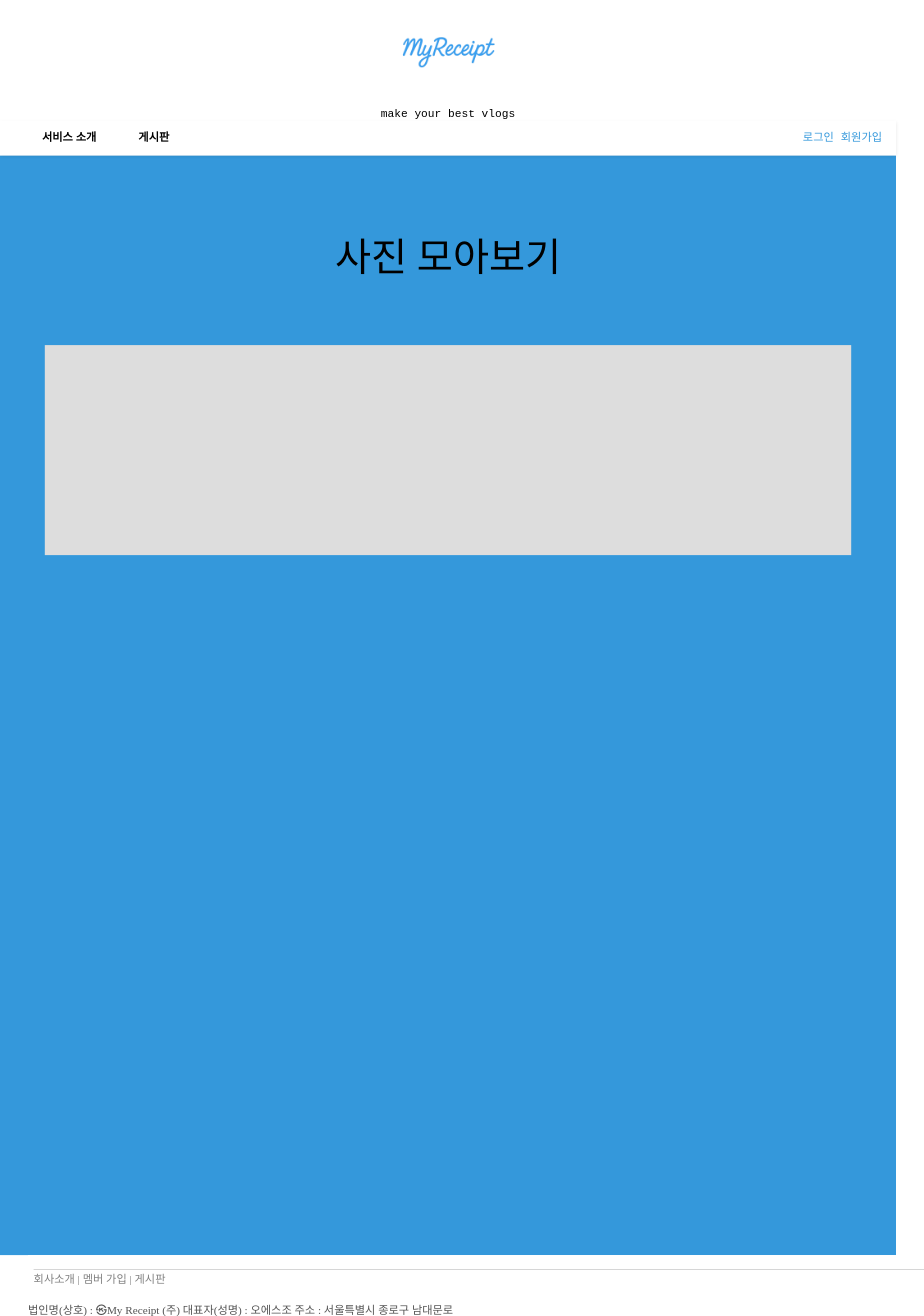
Repository: shong69/mini-project
Page: http://localhost/myReceipt2/index
An editor plug-in stored every save of this project. The page is shown before and after the next save, followed by the edit.
The browser window is 1280 px wide. The page is 1320 px wide, so the pictures cover 1320 px, including what lies to the right of the window. The pictures show the part of the page from y = 0 to 1880 px (the page is 2002 px tall), at 70% of full size.
Some web fonts or font styles are not loaded; a fallback is used. The page is served by Tomcat 10. Other server files are loaded and not shown.

Above is the page before, as saved 2025-05-07 01:29:58.

### jspProject/myReceipt2/src/main/webapp/WEB-INF/views/index.jsp
<%@ page language="java" contentType="text/html; charset=UTF-8"
    pageEncoding="UTF-8"%>
<!DOCTYPE html>
<html>
<head>
<meta charset="UTF-8">
<title>My Receipt</title>
<link rel="stylesheet" type="text/css" href="resources/css/main.css">
<link rel="stylesheet" type="text/css" href="//cdn.jsdelivr.net/npm/slick-carousel@1.8.1/slick/slick.css"/>

<script type="text/javascript" src="resources/js/jquery-3.1.1.min.js"></script>
<script type="text/javascript" src="//cdn.jsdelivr.net/npm/slick-carousel@1.8.1/slick/slick.min.js"></script>
<script type="text/javascript">
$(function(){
	$('#carousel').slick({
		  dots: false,
		  infinite: true,
		  speed: 500,
		  fade: true,
		  cssEase: 'linear'
	});
});

</script>
</head>
<body>
	<jsp:include page="/WEB-INF/views/common/header.jsp"></jsp:include>
	<main>
		<div class="section-title">사진 모아보기</div>
		<!-- 캐러셀 하나 두기 -->
		<div id="carousel">

		</div>
		<div style="height:1000px;"></div>
	</main>
	<jsp:include page="/WEB-INF/views/common/footer.jsp"></jsp:include>
</body>
</html>

### jspProject/myReceipt2/src/main/webapp/WEB-INF/views/common/header.jsp
<%@ page language="java" contentType="text/html; charset=UTF-8"
    pageEncoding="UTF-8"%>
<%@ taglib prefix="c" uri="http://java.sun.com/jsp/jstl/core" %>
	<div id="header">
		<a href="/myReceipt2/index"><img src="resources/imgs/logo.png" style="width:150px;"/></a>
		<p style="font-family: 'Courier New', Courier, monospace;">make your best vlogs</p>
	</div>
	<div id="nav-bar">
		<div id="menu">
			<a href="/myReceipt2/intro">서비스 소개</a>
			<a href="/myReceipt2/board">게시판</a>
		</div>
		<div id="loginSt">
			<c:choose>
				<c:when test="${not empty sessionScope.loginMember}">
					<p>${sessionScope.loginMember.nickName}님이 로그인 중</p>
					<a href="/myReceipt2/logout">로그아웃</a>

				</c:when>
				<c:otherwise>
					<a href="/myReceipt2/login">로그인</a>
					<a href="/myReceipt2/signup">회원가입</a>
				</c:otherwise>
			</c:choose>
		</div>

	</div>

### jspProject/myReceipt2/src/main/webapp/WEB-INF/views/common/footer.jsp
<%@ page language="java" contentType="text/html; charset=UTF-8"
    pageEncoding="UTF-8"%>
	<footer class="footer">
	    <section>
	        <div class="footer-nav">
	            <a href="/">회사소개 |</a>
	            <a href="/signup">멤버 가입 |</a>
	            <a href="/">게시판</a>
	        </div>
	    </section>
	    <section>
	        <div>
	            법인명(상호) : ㉿My Receipt (주) 대표자(성명) : 오에스조 주소 : 서울특별시 종로구 남대문로 <br>
	            사업자 등록번호 : 123456436-390583784  사업자등록번호 : 119-86-84860 (사업자정보확인)<br>
	            고객센터 이용시간 : 평일 09:00 ~ 18:00  고객센터 전화번호 : 02-1234-1234
	        </div>

	        <div>
	            현금 등으로 결제 시 안전 거래를 위해<br>
	            당사에서 가입하신 한국결제네트웍스 유한회사의 구매안전 서비스(결제대금예치)를 이용하실 수 있습니다.<br>
	            결제대금예치 콘텐츠산업진흥법에 의한 콘텐츠 보호 안내 자세히 보기
	        </div>
	    </section>
	</footer>

### jspProject/myReceipt2/src/main/java/com/project/jsp/controller/IndexController.java
package com.project.jsp.controller;

import java.io.IOException;

import jakarta.servlet.ServletException;
import jakarta.servlet.http.HttpServlet;
import jakarta.servlet.http.HttpServletRequest;
import jakarta.servlet.http.HttpServletResponse;

public class IndexController extends HttpServlet{
	@Override
	protected void doGet(HttpServletRequest req, HttpServletResponse resp) throws ServletException, IOException {
        String path = req.getServletPath(); // 요청 URL 패턴을 얻음

        if ("/index".equals(path)) {
        	req.getRequestDispatcher("/WEB-INF/views/index.jsp").forward(req, resp);
        } else if ("/intro".equals(path)) {
        	req.getRequestDispatcher("/WEB-INF/views/intro.jsp").forward(req, resp);
        } else {
        	resp.sendError(HttpServletResponse.SC_NOT_FOUND);
        }
	}

}

### jspProject/myReceipt2/src/main/webapp/resources/css/main.css
* {
	box-sizing: border-box;
	padding: 0;
	margin: 0;
	font-family: 'main';
}
/* 메인 폰트 */
@font-face {
	font-family: 'main';
	src:
		url('https://fastly.jsdelivr.net/gh/Project-Noonnu/noonfonts_2107@1.1/Pretendard-Regular.woff')
		format('woff');
	font-style: normal;
	font-weight: 400;
}

/*header*/
#header {
	width: 100%;
	text-align: center;
}

#header>div:first-child {
	margin-bottom: 15px;
}

#nav-bar {
	line-height: 50px;
	height: 50px;
	position: sticky;
	top: 0;
	left: 0;
	background-color: white;
	z-index: 1000;
	box-shadow: 0 2px 5px rgba(0, 0, 0, 0.1);
	display:flex;
	flex-direction:row;
}

#loginSt {
	margin-left:auto;
	margin-right:20px;
	display:flex;
	flex-direction:row;
}

#loginSt a {
	margin-left: 10px;
	color: #3498db;
	text-decoration: none;
}

#menu {
	margin-left:40px;
	display: flex;
	gap: 20px;
}

#menu a {
	text-decoration: none;
	color: black;
	font-weight: bold;
	padding: 0 20px;
	border-radius:15px;
	position: relative;
	overflow: hidden;
	transition: background-color 0.5s ease;
}

#menu a:hover {
	background-color: #335085;
	animation-duration: 2s;
	color: whitesmoke;
}

main {
	background-color: #3498db;
	display: flex;
	flex-direction: column;
	align-items: center;
	min-height:500px;
}

.section-title {
	font-size: 3.5rem;
	margin: 100px 0 70px 0;
}

#carousel {
	width: 90%;
	height: 300px;
	background-color: #ddd;
	margin-top: 20px;
}
/*footer*/
.footer {
	background-color: white;
	width: 100%;
	height: auto;
	display: flex;
	flex-direction: column;
	padding-top: 20px;
	margin: 0 40px;
}

.footer>section:first-child {
	border-top: 1px solid #c5c5c5;
	display: flex;
	flex-direction: row;
	margin-left: 8px;
}

.footer>section a {
	color: gray;
	text-decoration: none;
}

.footer>section:nth-child(2) {
	padding-top: 20px;
	color: rgb(83, 83, 83);
}

Loaded but not shown: jspProject/myReceipt2/src/main/webapp/resources/js/jquery-3.1.1.min.js (library)

After the next save:
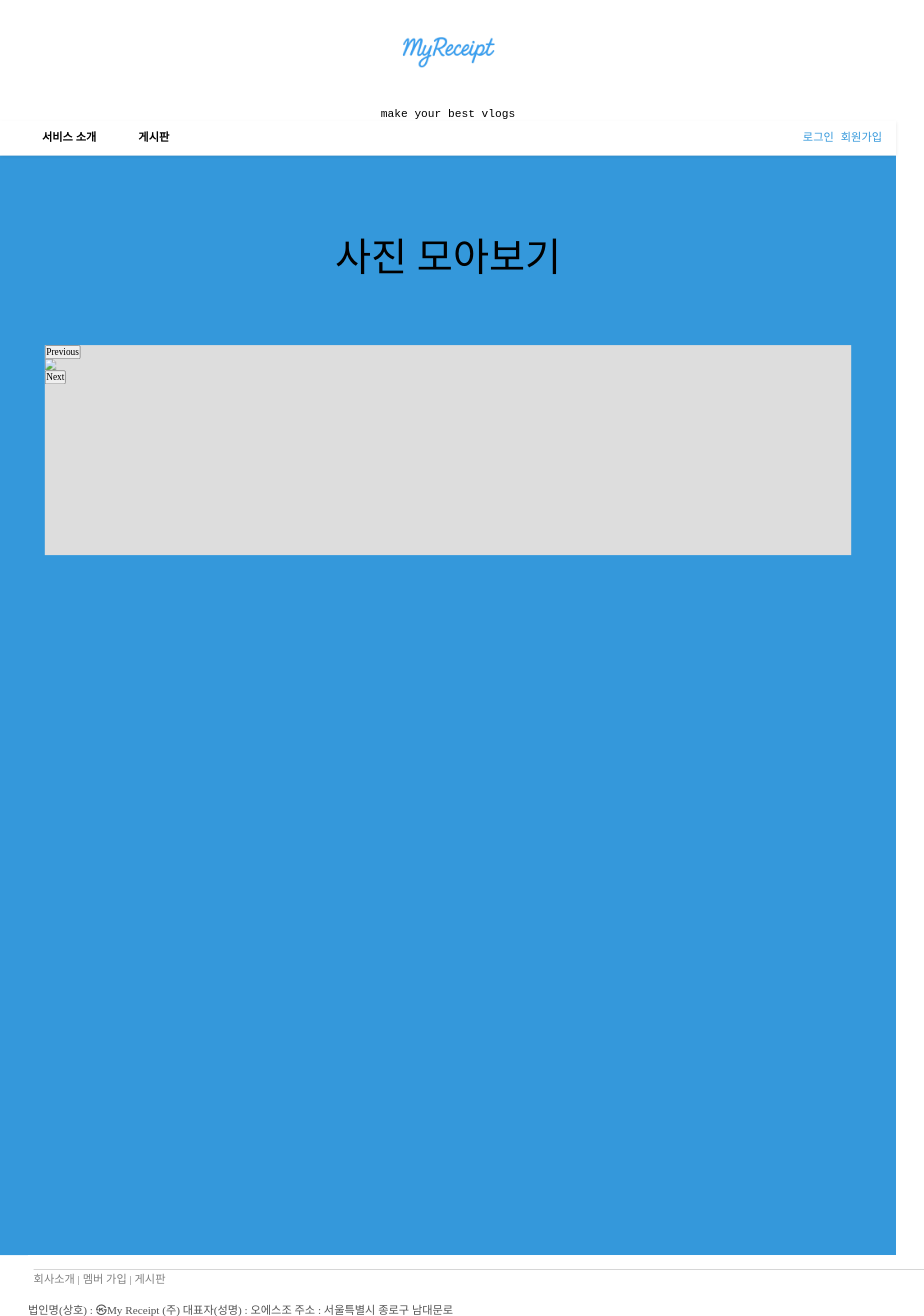
Not found: jspProject/myReceipt2/resources/imgs/carousel1.jpg
Not found: jspProject/myReceipt2/resources/imgs/carousel2.jpg
Not found: jspProject/myReceipt2/resources/imgs/carousel3.jpg
Saved 6 min 24 s later.
--- a/jspProject/myReceipt2/src/main/webapp/WEB-INF/views/index.jsp
+++ b/jspProject/myReceipt2/src/main/webapp/WEB-INF/views/index.jsp
@@ -29,7 +29,10 @@
 		<div class="section-title">사진 모아보기</div>
 		<!-- 캐러셀 하나 두기 -->
 		<div id="carousel">
-
+			<div><img src="/resources/imgs/carousel1.jpg"></div>
+			<div><img src="/resources/imgs/carousel2.jpg"></div>
+			<div><img src="/resources/imgs/carousel3.jpg"></div>
+			<div><img src="/resources/imgs/carousel4.jpg"></div>
 		</div>
 		<div style="height:1000px;"></div>
 	</main>

After the save that followed:
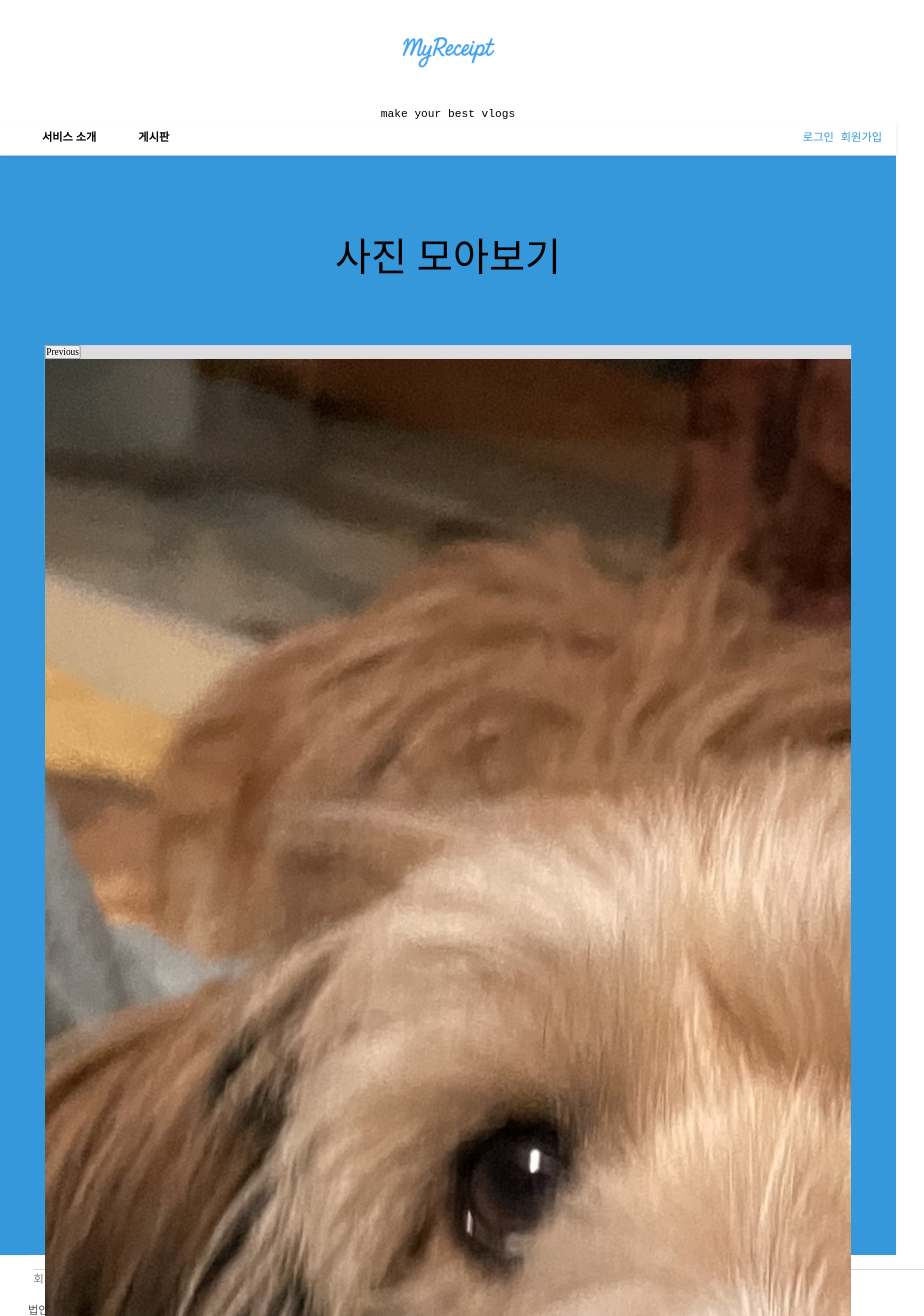
Saved 46 s later.
--- a/jspProject/myReceipt2/src/main/webapp/WEB-INF/views/index.jsp
+++ b/jspProject/myReceipt2/src/main/webapp/WEB-INF/views/index.jsp
@@ -29,10 +29,10 @@
 		<div class="section-title">사진 모아보기</div>
 		<!-- 캐러셀 하나 두기 -->
 		<div id="carousel">
-			<div><img src="/resources/imgs/carousel1.jpg"></div>
-			<div><img src="/resources/imgs/carousel2.jpg"></div>
-			<div><img src="/resources/imgs/carousel3.jpg"></div>
-			<div><img src="/resources/imgs/carousel4.jpg"></div>
+			<div><img src="resources/imgs/carousel1.jpg"></div>
+			<div><img src="resources/imgs/carousel2.jpg"></div>
+			<div><img src="resources/imgs/carousel3.jpg"></div>
+			<div><img src="resources/imgs/carousel4.jpg"></div>
 		</div>
 		<div style="height:1000px;"></div>
 	</main>
